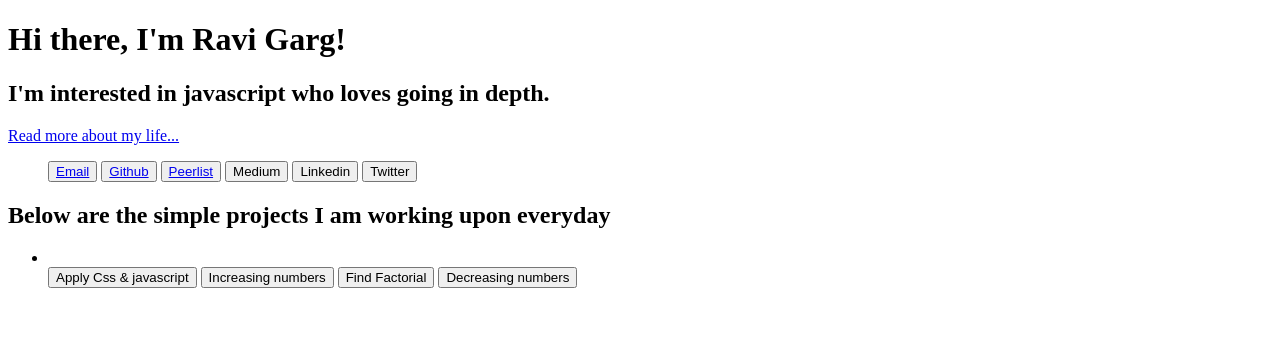
Repository: ravigarg001/musafir
Page: index.html
The author's editor kept a copy of each file at every save. The page is drawn from the files as they stood at one save, then again after a run of saves.
The browser window is 1280 px wide. The pictures show the whole page.

Above is the page before, as saved 2022-05-02 09:19:04.

### index.html
<!DOCTYPE html>
<html>
<head>
<title>Ravi Garg</title>
<!-- <link href="index.css" rel="stylesheet" type="text/css"></link> -->
<script src="index.js"></script>
</head>

<body>
<div class="about" >
    <h1>Hi there, I'm Ravi Garg!</h1>
    <h2>I'm interested in javascript who loves going in depth.</h2>
    <p> <a id="more" href="/about">Read more about my life...</a></p>
</div>

<footer>
<ul>
  <button><a href="mailto:ravigarg.connect@gmail.com">Email</a></button>
  <button><a href="https://github.com/ravigarg001" target="_blank">Github</a></button>
  <button><a href="https://peerlist.io/ravigarg" target="_blank">Peerlist</a></button>
  <button><a>Medium</a></button>
  <button><a>Linkedin</a></button>
  <button><a>Twitter</a></button><br>
</ul>
</footer>
<h2>Below are the simple projects I am working upon everyday</h2>
<ul>
  <li></li>
  <button class="cssAdder" onclick="addCssAndJs()">Apply Css & javascript</button>
  <button onclick="inputNumber1()">Increasing numbers </button>
  <button onclick="inputNumber()">Find Factorial</button>
  <button onclick="inputNumber2()">Decreasing numbers</button>
</ul>
</footer>

</body>
<!-- <script src="Recursion/recursiveFactorial.js"></script> -->
<!-- <script src="Recursion/increasing_order.js"></script> -->

</html>

### index.js
function addCssAndJs(){
    let link = document.createElement('link');
    link.rel = 'stylesheet';
    link.type = 'text/css';
    link.href = 'index.css';
    document.head.appendChild(link);

    function addNewJsFile(fileLocation){
        let script = document.createElement('script');
        document.head.appendChild(script);
        script.src = fileLocation;
    }

    addNewJsFile('Recursion/decreasing_order.js');
    addNewJsFile('Recursion/increasing_order.js');
    addNewJsFile('Recursion/recursiveFactorial.js');

}
/*1. call addNewJsFile(put location of the js file here) */

After the next 3 saves:
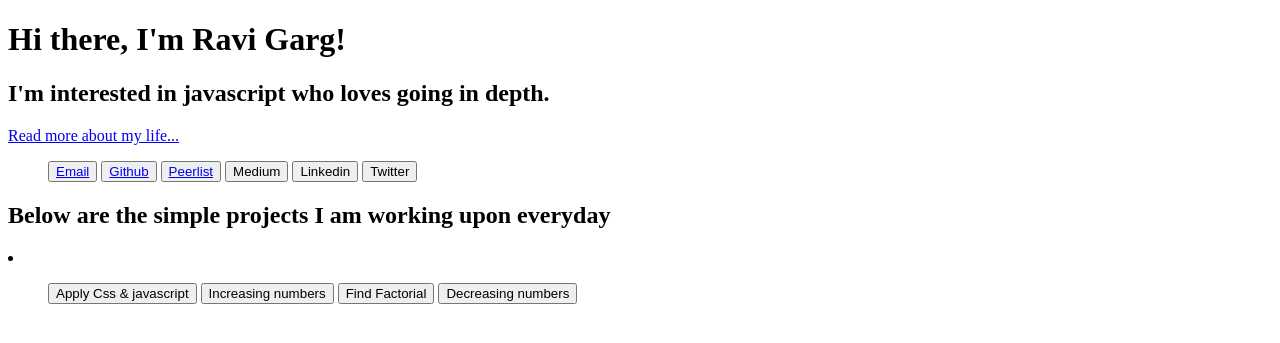
The 3 saves are shown as one change because they came seconds apart.
The last was saved 15 s later.
--- a/index.html
+++ b/index.html
@@ -24,8 +24,8 @@
 </ul>
 </footer>
 <h2>Below are the simple projects I am working upon everyday</h2>
+<li></li>
 <ul>
-  <li></li>
   <button class="cssAdder" onclick="addCssAndJs()">Apply Css & javascript</button>
   <button onclick="inputNumber1()">Increasing numbers </button>
   <button onclick="inputNumber()">Find Factorial</button>
